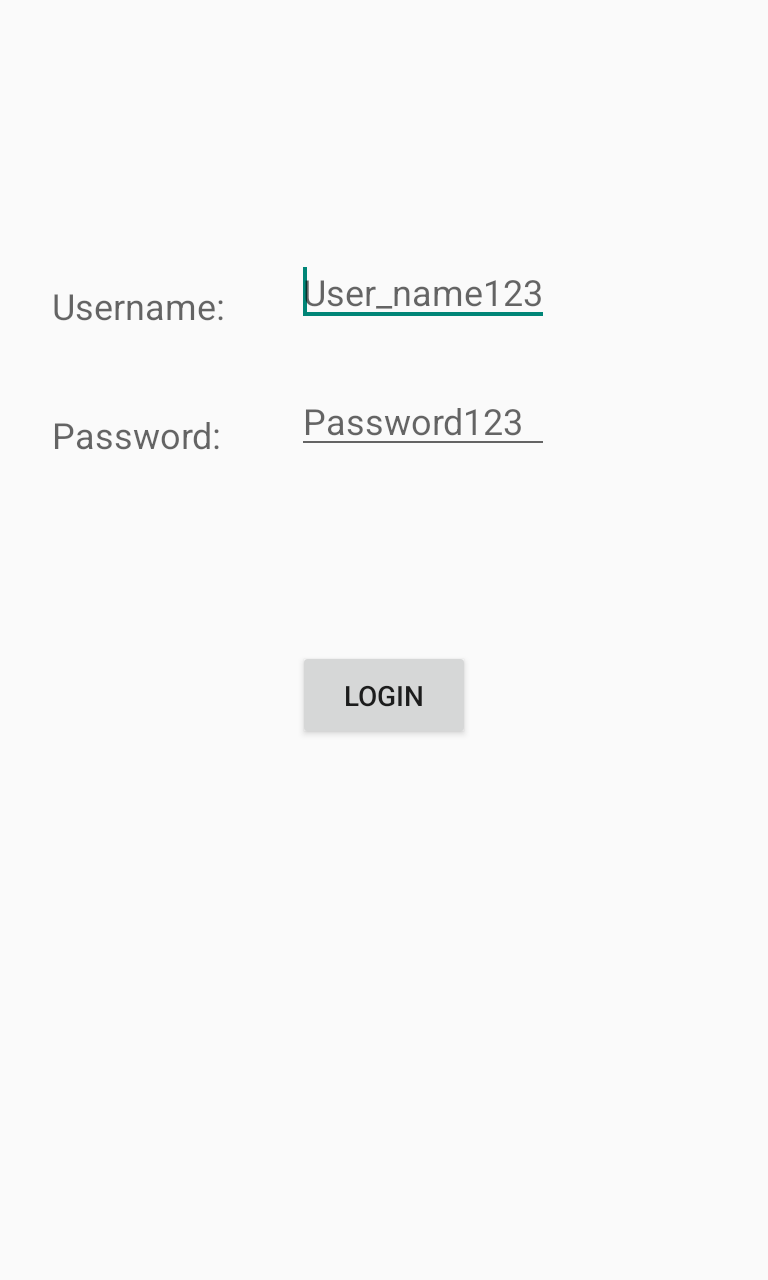
Repository: BurtWurst/MyFields_Mobile
Layout: Android/Login/res/layout/activity_main.xml
An editor plug-in stored every save of this project. The layout is shown before and after the next save, followed by the edit.
It is drawn on a 768 x 1280 px phone screen (xhdpi) without system bars, with theme AppTheme; the app's code is not run.

Above is the layout before, as saved 2014-12-06 16:02:36.

### Android/Login/res/layout/activity_main.xml
<RelativeLayout xmlns:android="http://schemas.android.com/apk/res/android"
    xmlns:tools="http://schemas.android.com/tools"
    android:layout_width="match_parent"
    android:layout_height="match_parent"
    android:paddingBottom="@dimen/activity_vertical_margin"
    android:paddingLeft="@dimen/activity_horizontal_margin"
    android:paddingRight="@dimen/activity_horizontal_margin"
    android:paddingTop="@dimen/activity_vertical_margin"
    tools:context="com.javacodegeeks.android.loginapp.MainActivity" >

     <TextView
	      android:id="@+id/textView1"
	      android:layout_width="wrap_content"
	      android:layout_height="wrap_content"
	      android:layout_alignParentTop="true"
	      android:layout_centerHorizontal="true"
	      android:layout_marginTop="20dp"
	      android:text=""
	      android:textAppearance="?android:attr/textAppearanceLarge" />

      <TextView
	      android:id="@+id/textView2"
	      android:layout_width="wrap_content"
	      android:layout_height="wrap_content"
	      android:layout_alignParentLeft="true"
	      android:layout_below="@+id/textView1"
	      android:layout_marginTop="75dp"
	      android:layout_marginLeft="10dp"
	      android:text="Username:"
	      android:textAppearance="?android:attr/textAppearanceMedium" />

      <EditText
	      android:id="@+id/usernameET"
	      android:layout_width="wrap_content"
	      android:layout_height="wrap_content"
	      android:layout_alignBottom="@+id/textView2"
	      android:layout_marginLeft="35dp"
	      android:layout_toRightOf="@+id/textView2"
	      android:hint="User_name123" >
      	  <requestFocus />
   	  </EditText>

      <TextView
	      android:id="@+id/textView3"
	      android:layout_width="wrap_content"
	      android:layout_height="wrap_content"
	      android:layout_alignLeft="@+id/textView2"
	      android:layout_below="@+id/textView2"
	      android:layout_marginTop="40dp"
	      android:text="Password:"
	      android:textAppearance="?android:attr/textAppearanceMedium" />

      <EditText
          android:id="@+id/passwordET"
          android:layout_width="wrap_content"
          android:layout_height="wrap_content"
          android:layout_alignBottom="@+id/textView3"
          android:layout_alignLeft="@+id/usernameET"
          android:layout_alignRight="@+id/usernameET"
          android:hint="Password123"
          android:inputType="textPassword" />

       <TextView
	      android:id="@+id/attemptsLeftTV"
	      android:layout_width="wrap_content"
	      android:layout_height="wrap_content"
	      android:layout_alignLeft="@+id/textView3"
	      android:layout_below="@+id/textView3"
	      android:layout_marginLeft="30dp"
	      android:layout_marginTop="48dp"
	      android:text="Attempts Left:"
	      android:visibility="invisible"
	      android:textAppearance="?android:attr/textAppearanceMedium" />

       <Button
	      android:id="@+id/loginBtn"
	      android:layout_width="wrap_content"
	      android:layout_height="wrap_content"
	      android:layout_below="@+id/passwordET"
	      android:layout_centerHorizontal="true"
	      android:layout_marginTop="94dp"
	      android:onClick="authenticateLogin"
	      android:text="Login" />

       <TextView
	      android:id="@+id/numberOfRemainingLoginAttemptsTV"
	      android:layout_width="wrap_content"
	      android:layout_height="wrap_content"
	      android:layout_alignRight="@+id/textView1"
	      android:layout_alignTop="@+id/attemptsLeftTV"
	      android:visibility="invisible" />

       <TextView
	      android:id="@+id/loginLockedTV"
	      android:layout_width="wrap_content"
	      android:layout_height="wrap_content"
	      android:layout_below="@+id/loginBtn"
	      android:layout_marginTop="35dp"
	      android:layout_centerHorizontal="true"
	      android:textAppearance="?android:attr/textAppearanceMedium"
	      android:visibility="invisible" />

</RelativeLayout>

Loaded but not shown: Android/Login/res/values/styles.xml (common file); Android/Login/res/values-v11/styles.xml (common file); Android/Login/res/values-v14/styles.xml (common file); Android/Login/res/values/dimens.xml (common file); Android/Login/res/values-w820dp/dimens.xml (common file)

After the next save:
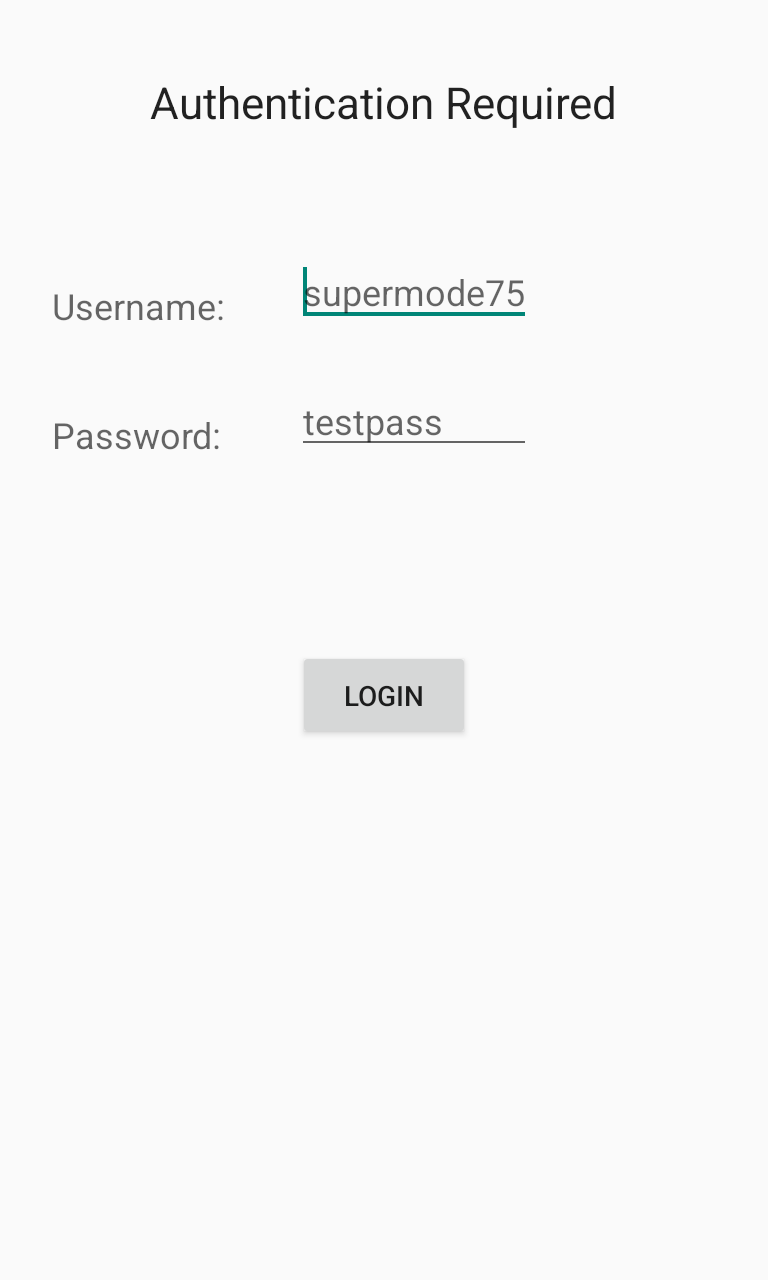
Saved 48 s later.
--- a/Android/Login/res/layout/activity_main.xml
+++ b/Android/Login/res/layout/activity_main.xml
@@ -15,7 +15,7 @@
 	      android:layout_alignParentTop="true"
 	      android:layout_centerHorizontal="true"
 	      android:layout_marginTop="20dp"
-	      android:text=""
+	      android:text="Authentication Required"
 	      android:textAppearance="?android:attr/textAppearanceLarge" />
 
       <TextView
@@ -36,7 +36,7 @@
 	      android:layout_alignBottom="@+id/textView2"
 	      android:layout_marginLeft="35dp"
 	      android:layout_toRightOf="@+id/textView2"
-	      android:hint="User_name123" >
+	      android:hint="supermode75" >
       	  <requestFocus />
    	  </EditText>
 
@@ -57,7 +57,7 @@
           android:layout_alignBottom="@+id/textView3"
           android:layout_alignLeft="@+id/usernameET"
           android:layout_alignRight="@+id/usernameET"
-          android:hint="Password123"
+          android:hint="testpass"
           android:inputType="textPassword" />
 
        <TextView
